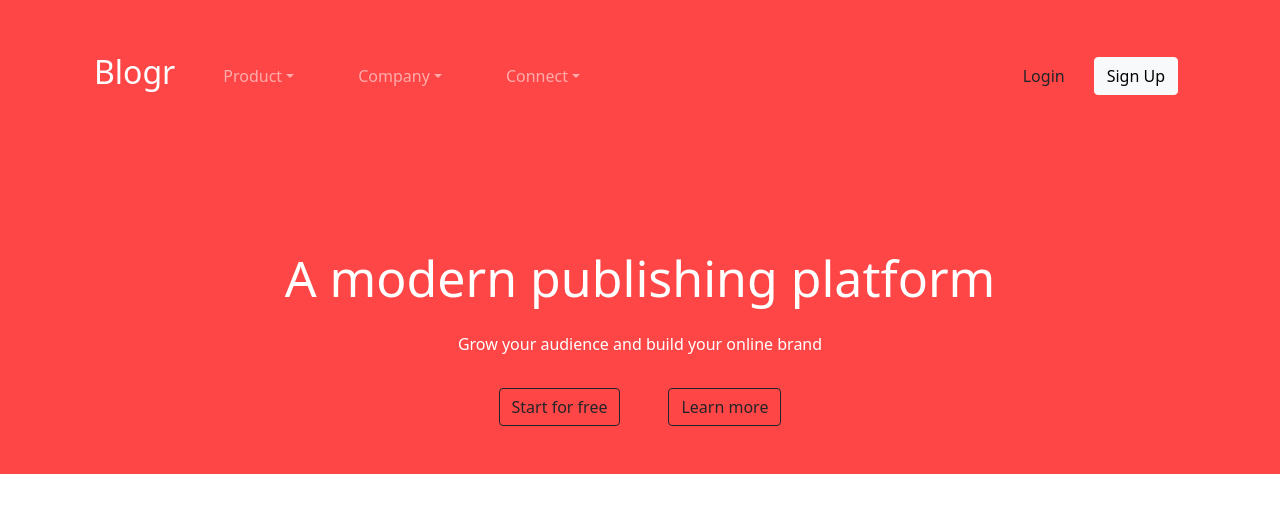
Repository: badhon252/blogr-landing-page
Page: /
These files come from the project's save history. The page is drawn as it stood at one moment and after the next save; the edit follows.
The browser window is 1280 px wide. The pictures show the whole page.
The project was rebuilt for these pictures with package versions that can differ from the ones it lists, and the page was loaded fresh each time.

Above is the page before, as saved 2022-01-17 23:58:50.

After the next save:
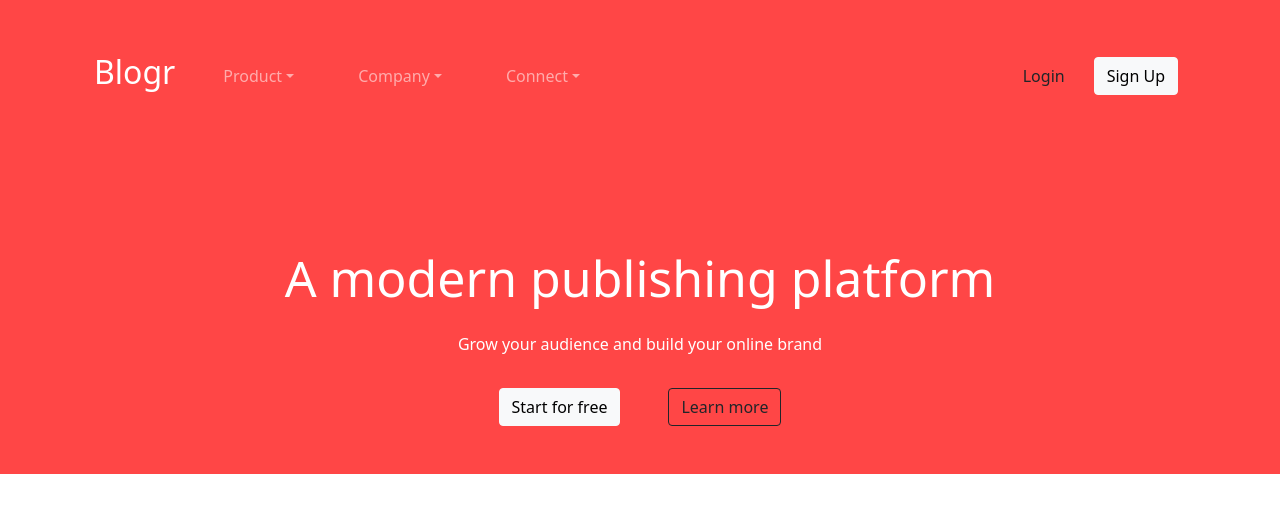
Saved 20 s later.
--- a/src/components/Header/HeaderContent.js
+++ b/src/components/Header/HeaderContent.js
@@ -9,7 +9,7 @@ export default function HeaderContent() {
           Grow your audience and build your online brand
         </p>
         <div className="px-5">
-          <button type="button" class=" btn btn-outline-dark me-5">
+          <button type="button" class=" btn btn-light me-5">
             Start for free
           </button>
           <button type="button" class="btn btn-outline-dark">
